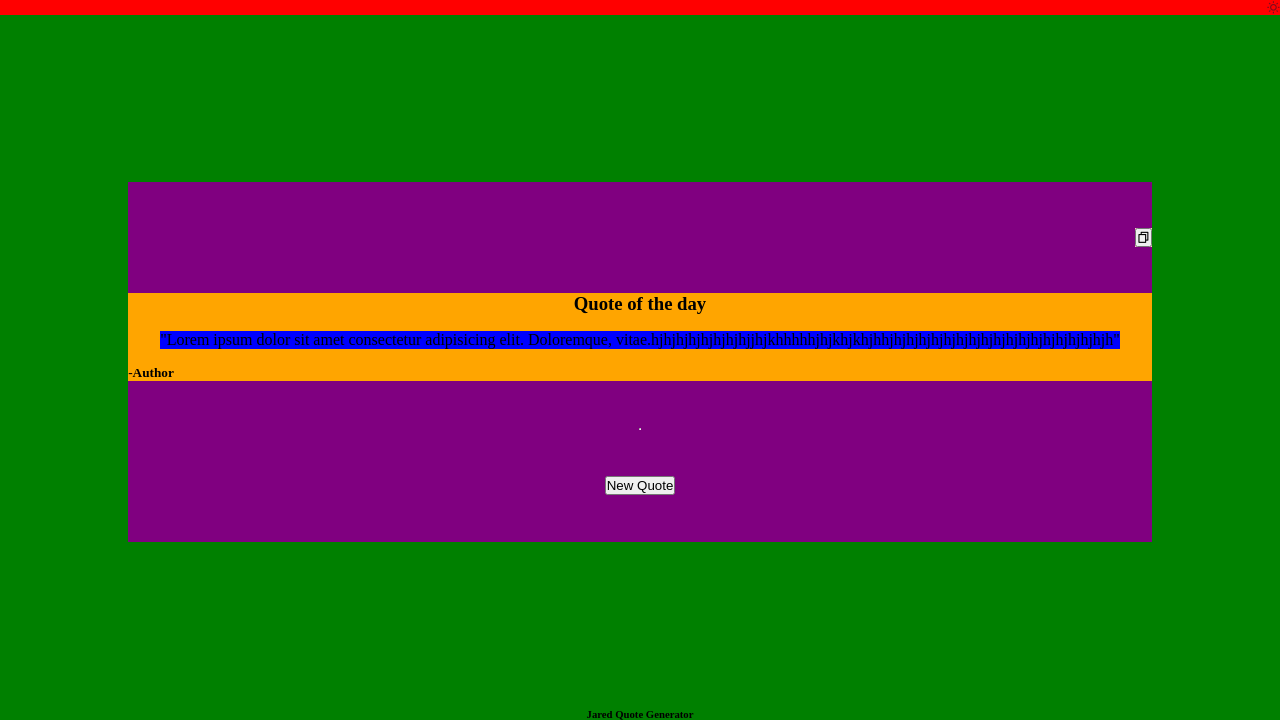
Repository: EguJaredoBoyd/Jared-Quote-Generator
Page: html/main.html
The author's editor kept a copy of each file at every save. The page is drawn from the files as they stood at one save, then again after the next save.
The browser window is 1280 px wide. The pictures show the whole page.
Some web libraries are served in a nearby version.

Above is the page before, as saved 2026-01-09 00:57:17.

After the next save:
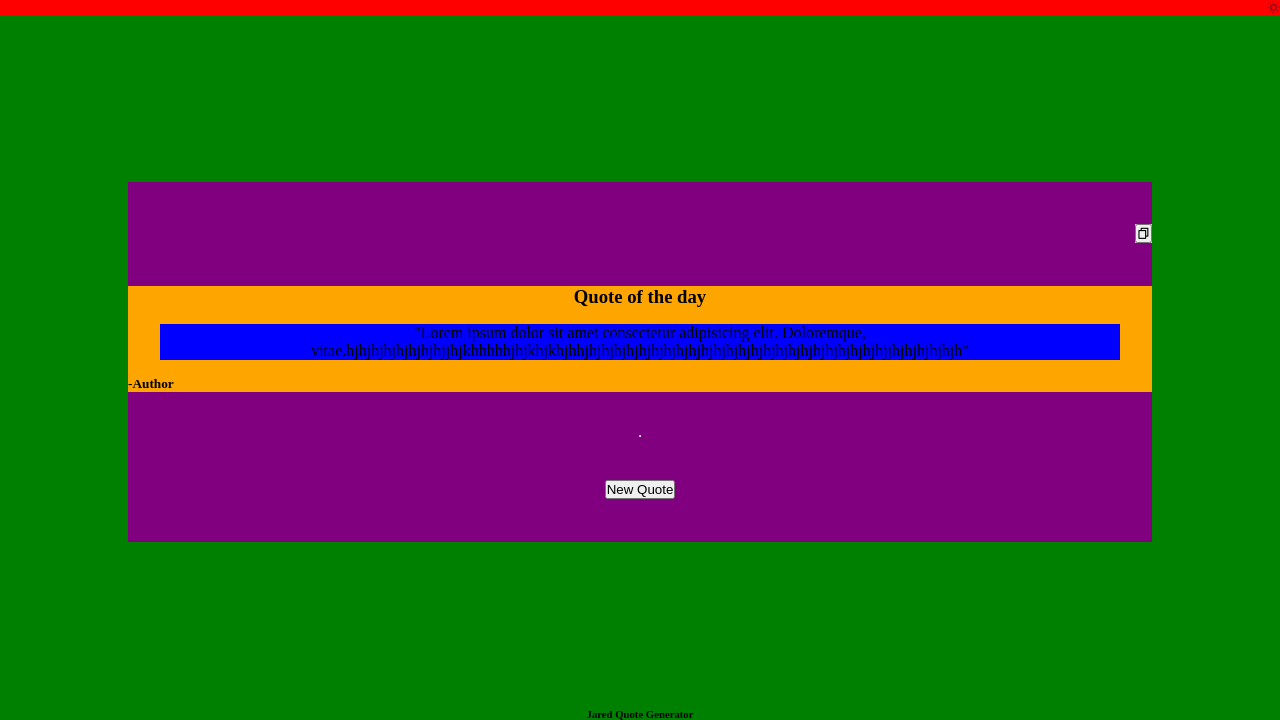
Saved 4 s later.
--- a/html/main.html
+++ b/html/main.html
@@ -26,7 +26,7 @@
             <p>
               "Lorem ipsum dolor sit amet consectetur adipisicing elit.
               Doloremque,
-              vitae.hjhjhjhjhjhjhjhjjhjkhhhhhjhjkhjkhjhhjhjhjhjhjhjhjhjhjhjhjhjhjhjhjhjhjhjh"
+              vitae.hjhjhjhjhjhjhjhjjhjkhhhhhjhjkhjkhjhhjhjhjhjhjhjhjhjhjhjhjhjhjhjhjhjhjhjhjhjhjhjhjhjhjjhjhjhjhjhjh"
             </p>
             <div>
               <h5>-Author</h5>
